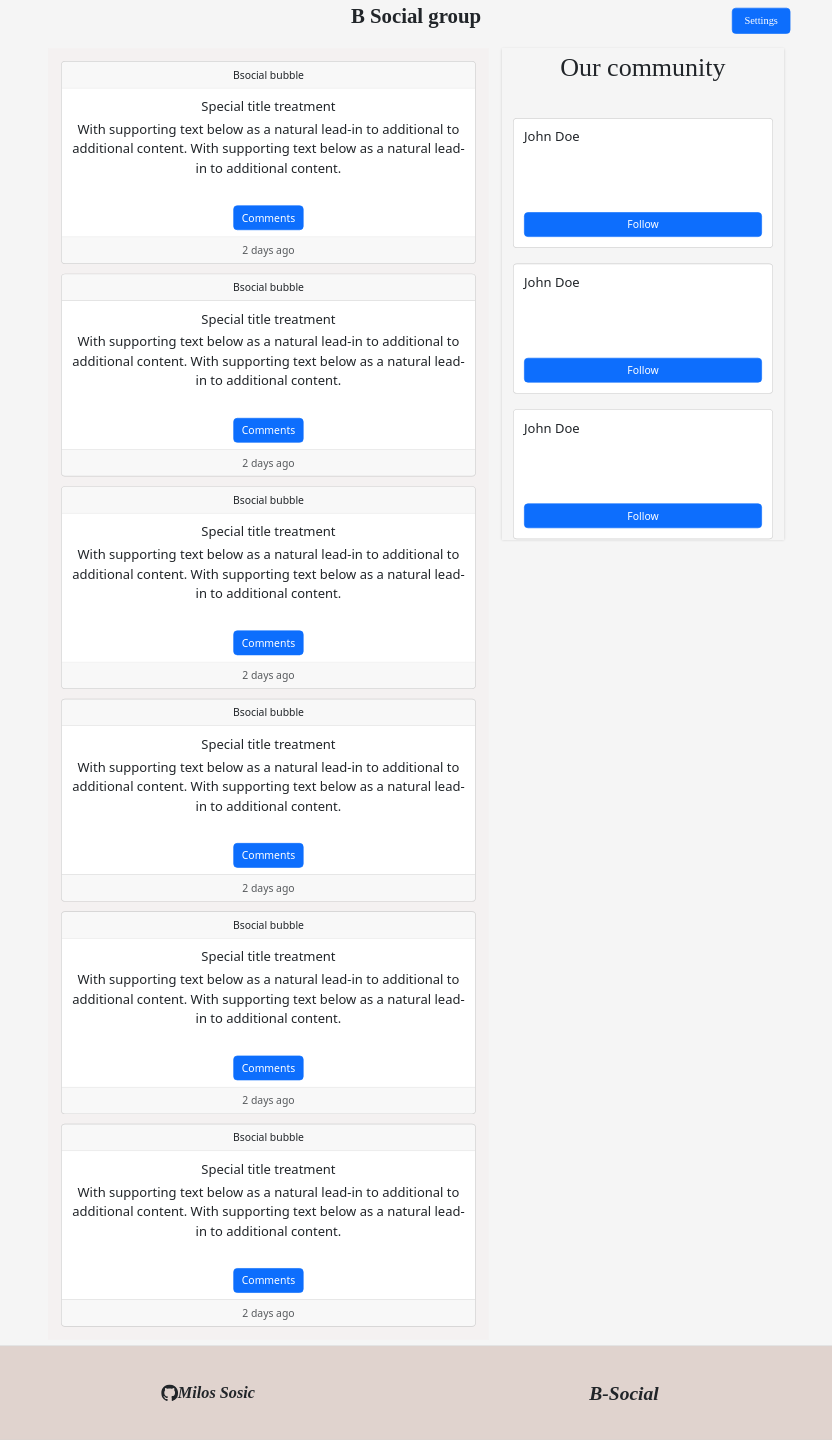
Repository: mcedo1/b-Social-app
Page: /main
The author's editor kept a copy of each file at every save. The page is drawn from the files as they stood at one save, then again after the next save.
The browser window is 1280 px wide. The pictures show the whole page, at 65% of full size.
The project was rebuilt for these pictures with package versions that can differ from the ones it lists, and the page was loaded fresh each time. Also part of the build but not shown: src/components/log.reg.component/Login.js, src/components/log.reg.component/Registration.js, src/components/submain.component/Comment.js, src/components/about.us.component/NewFollowers.js, src/components/about.us.component/AboutUs.js.

Above is the page before, as saved 2024-02-03 15:25:50.

After the next save:
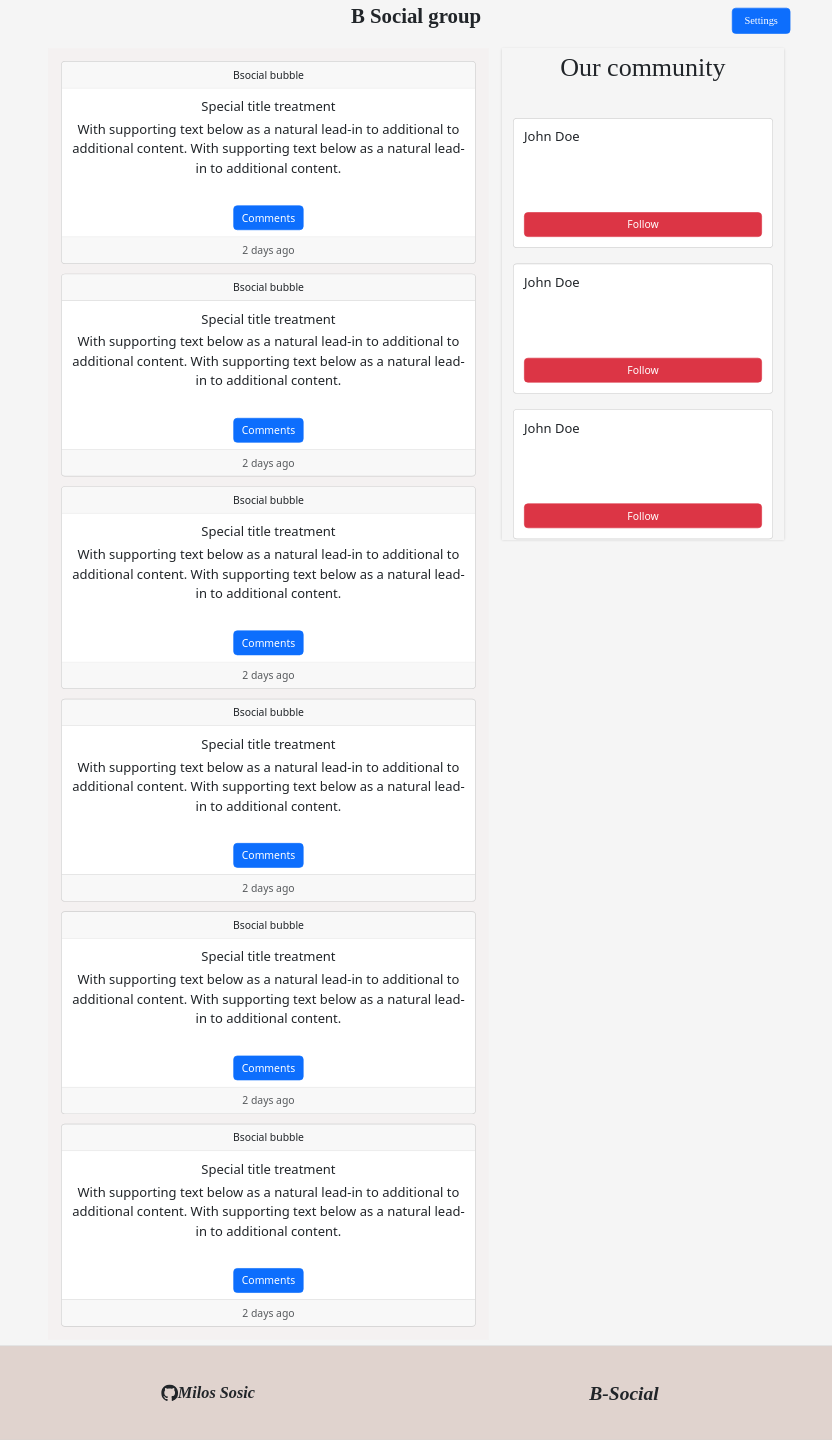
Saved 15 s later.
--- a/src/components/submain.component/FollowerComponet.js
+++ b/src/components/submain.component/FollowerComponet.js
@@ -7,7 +7,7 @@ const FollowerCard = ({ firstName, lastName }) => {
             <div className="card" style={{ width: "400px", height: "200px" }}>
                 <div className="card-body d-flex flex-column justify-content-between">
                     <h5 className="card-title">{`${firstName} ${lastName}`}</h5>
-                    <button className="btn btn-primary">Follow</button>
+                    <button className="btn btn-danger">Follow</button>
                 </div>
             </div>
         </div>
